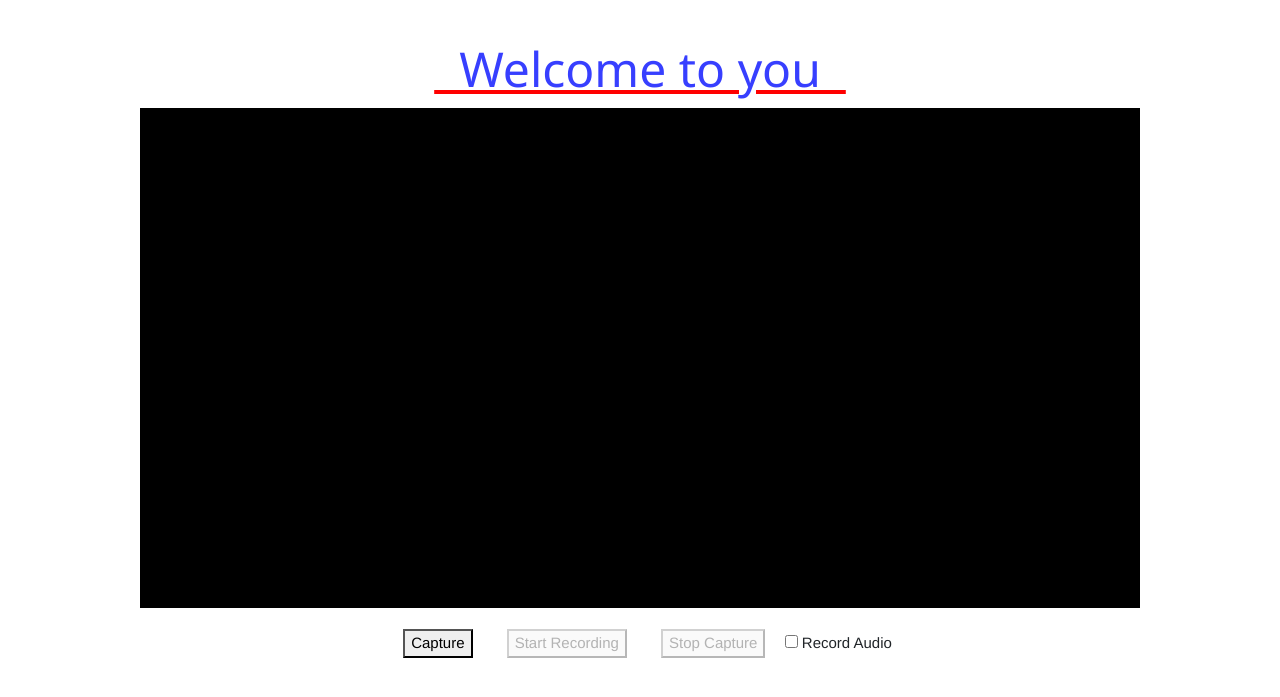
Repository: santiljanomalaj/recording_youtube
Page: index.html
These files come from the project's save history. The page is drawn as it stood at one moment and after the next save; the edit follows.
The browser window is 1280 px wide. The pictures show the whole page.

Above is the page before, as saved 2020-04-29 18:45:53.

### index.html
<!DOCTYPE html>
<html lang="en">
  <head>
    <title>video/audio capture</title>
    <meta charset="utf-8" />
    <meta http-equiv="X-UA-Compatible" content="IE=edge" />
    <meta name="viewport" content="width=device-width, initial-scale=1" />

    <link rel="stylesheet" href="./css/bootstrap.min.css" />
    <link rel="stylesheet" href="./css/w3.css" />
    <link
      rel="stylesheet"
      href="https://fonts.googleapis.com/css?family=Tangerine"
    />
    <link rel="stylesheet" href="./css/style.css" />

    <!-- <script>
      if (location.protocol !== "https:") location.protocol = "https:";
    </script> -->
    <!-- import the webpage's stylesheet -->
  </head>
  <body>
    <center>
      <div class="w3-container w3-tangerine">
        <u style="color: red;"
          ><h1 class="w3-xxxlarge">&nbsp Welcome to you &nbsp</h1></u
        >
      </div>
      <p id="warning">
        Enable chrome://flags/#enable-experimental-web-platform-features
      </p>
      <video
        style="background-color: black; width: 1000px; height: 500px;"
        id="videoElement"
        autoplay
      ></video>
      <br />
      <button id="captureBtn">Capture</button>
      <button id="startBtn" disabled>Start Recording</button>
      <button id="stopBtn" disabled>Stop Capture</button>
      <input type="checkbox" id="audioToggle" />
      <label for="audioToggle">Record Audio</label>
      <a class="btn btn-primary" id="download" href="#" style="display: none;"
        >Download</a
      >
      <a
        type="button"
        class="btn btn-primary"
        id="trim"
        href="https://video-cut.glitch.me/"
        style="display: none;"
        target="trim"
        >Trim Video</a
      >
      <a
        type="button"
        class="btn btn-primary"
        id="convert"
        href="https://convert-to-mp4.glitch.me/"
        style="display: none;"
        target="convert"
        >Convert to MP4</a
      >
    </center>

    <script src="./js/comlink.js"></script>
    <script src="./js/jquery.min.js"></script>
    <script src="./js/popper.min.js"></script>
    <script src="https://maxcdn.bootstrapcdn.com/bootstrap/4.4.1/js/bootstrap.min.js"></script>

    <script>
      if ("getDisplayMedia" in navigator.mediaDevices)
        warning.style.display = "none";

      let blobs;
      let blob;
      let rec;
      let stream;

      captureBtn.onclick = async () => {
        trim.style.display = "none";
        convert.style.display = "none";
        download.style.display = "none";
        let audio = audioToggle.checked || false;

        stream = await navigator.mediaDevices.getDisplayMedia({
          video: true,
          audio: audio,
        });
        stream
          .getVideoTracks()
          .forEach((track) => (track.contentHint = "text"));
        videoElement.srcObject = stream;
        let opts = { mimeType: "video/webm; codecs=h264" };
        blobs = [];
        rec = new MediaRecorder(stream, opts);
        rec.ondataavailable = (e) => blobs.push(e.data);
        rec.onstop = () => {
          blob = new Blob(blobs, { type: "video/mp4" });
          let url = window.URL.createObjectURL(blob);
          download.href = url;
          download.download = "test.mp4";
          download.style.display = "block";
          trim.style.display = "block";
          convert.style.display = "block";
        };
        startBtn.disabled = false;
        captureBtn.disabled = true;
        audioToggle.disabled = true;
      };

      startBtn.onclick = () => {
        startBtn.disabled = true;
        stopBtn.disabled = false;
        rec.start();
      };

      stopBtn.onclick = () => {
        captureBtn.disabled = false;
        startBtn.disabled = true;
        stopBtn.disabled = true;
        audioToggle.disabled = false;
        rec.stop();
        stream.getTracks().forEach((s) => s.stop());
        videoElement.srcObject = null;
        stream = null;
      };

      trim.onclick = async (event) => {
        event.preventDefault();
        let cutWindow = window.open(event.target.href);
        let start = Comlink.proxy(cutWindow);
        setTimeout(async () => {
          let result = await start(
            new File([blob], "test.webm", { type: "video/webm" }),
            "00:00:00"
          );
        }, 1000);
      };

      convert.onclick = async (event) => {
        event.preventDefault();
        let convertWindow = window.open(event.target.href);
        let start = Comlink.proxy(convertWindow);
        setTimeout(async () => {
          let result = await start(
            new File([blob], "test.webm", { type: "video/webm" })
          );
        }, 1000);
      };
    </script>
  </body>
</html>

### css/style.css
/* CSS files add styling rules to your content */

body {
  font-family: "Benton Sans", "Helvetica Neue", helvetica, arial, sans-serif;
  margin: 2em;
}

h1 {
  /* font-style: italic; */
  color: #373fff;
}

video {
  width: 1000px;
  height: 1000px;
}

button {
  margin: 1em;
  padding: 1;
}

.w3-tangerine {
  font-family: "Tangerine", serif;
}

### js/comlink.js
/**
 * Copyright 2017 Google Inc. All Rights Reserved.
 * Licensed under the Apache License, Version 2.0 (the "License");
 * you may not use this file except in compliance with the License.
 * You may obtain a copy of the License at
 *     http://www.apache.org/licenses/LICENSE-2.0
 * Unless required by applicable law or agreed to in writing, software
 * distributed under the License is distributed on an "AS IS" BASIS,
 * WITHOUT WARRANTIES OR CONDITIONS OF ANY KIND, either express or implied.
 * See the License for the specific language governing permissions and
 * limitations under the License.
 */
(function (factory) {
  if (typeof module === "object" && typeof module.exports === "object") {
    var v = factory(require, exports);
    if (v !== undefined) module.exports = v;
  } else if (typeof define === "function" && define.amd) {
    define(["require", "exports"], factory);
  } else {
    factory([], (self.Comlink = {}));
  }
})(function (require, exports) {
  "use strict";
  Object.defineProperty(exports, "__esModule", { value: true });
  const TRANSFERABLE_TYPES = [ArrayBuffer, MessagePort];
  const uid = Math.floor(Math.random() * Number.MAX_SAFE_INTEGER);
  const proxyValueSymbol = Symbol("proxyValue");
  const throwSymbol = Symbol("throw");
  const proxyTransferHandler = {
    canHandle: (obj) => obj && obj[proxyValueSymbol],
    serialize: (obj) => {
      const { port1, port2 } = new MessageChannel();
      expose(obj, port1);
      return port2;
    },
    deserialize: (obj) => {
      return proxy(obj);
    },
  };
  const throwTransferHandler = {
    canHandle: (obj) => obj && obj[throwSymbol],
    serialize: (obj) => obj.toString() + "\n" + obj.stack,
    deserialize: (obj) => {
      throw Error(obj);
    },
  };
  exports.transferHandlers = new Map([
    ["PROXY", proxyTransferHandler],
    ["THROW", throwTransferHandler],
  ]);
  let pingPongMessageCounter = 0;
  function proxy(endpoint, target) {
    if (isWindow(endpoint)) endpoint = windowEndpoint(endpoint);
    if (!isEndpoint(endpoint))
      throw Error(
        "endpoint does not have all of addEventListener, removeEventListener and postMessage defined"
      );
    activateEndpoint(endpoint);
    return cbProxy(
      async (irequest) => {
        let args = [];
        if (irequest.type === "APPLY" || irequest.type === "CONSTRUCT")
          args = irequest.argumentsList.map(wrapValue);
        const response = await pingPongMessage(
          endpoint,
          Object.assign({}, irequest, { argumentsList: args }),
          transferableProperties(args)
        );
        const result = response.data;
        return unwrapValue(result.value);
      },
      [],
      target
    );
  }
  exports.proxy = proxy;
  function proxyValue(obj) {
    obj[proxyValueSymbol] = true;
    return obj;
  }
  exports.proxyValue = proxyValue;
  function expose(rootObj, endpoint) {
    if (isWindow(endpoint)) endpoint = windowEndpoint(endpoint);
    if (!isEndpoint(endpoint))
      throw Error(
        "endpoint does not have all of addEventListener, removeEventListener and postMessage defined"
      );
    activateEndpoint(endpoint);
    attachMessageHandler(endpoint, async function (event) {
      if (!event.data.id || !event.data.callPath) return;
      const irequest = event.data;
      let that = await irequest.callPath
        .slice(0, -1)
        .reduce((obj, propName) => obj[propName], rootObj);
      let obj = await irequest.callPath.reduce(
        (obj, propName) => obj[propName],
        rootObj
      );
      let iresult = obj;
      let args = [];
      if (irequest.type === "APPLY" || irequest.type === "CONSTRUCT")
        args = irequest.argumentsList.map(unwrapValue);
      if (irequest.type === "APPLY") {
        try {
          iresult = await obj.apply(that, args);
        } catch (e) {
          iresult = e;
          iresult[throwSymbol] = true;
        }
      }
      if (irequest.type === "CONSTRUCT") {
        try {
          iresult = new obj(...args); // eslint-disable-line new-cap
          iresult = proxyValue(iresult);
        } catch (e) {
          iresult = e;
          iresult[throwSymbol] = true;
        }
      }
      if (irequest.type === "SET") {
        obj[irequest.property] = irequest.value;
        // FIXME: ES6 Proxy Handler `set` methods are supposed to return a
        // boolean. To show good will, we return true asynchronously ¯\_(ツ)_/¯
        iresult = true;
      }
      iresult = makeInvocationResult(iresult);
      iresult.id = irequest.id;
      return endpoint.postMessage(iresult, transferableProperties([iresult]));
    });
  }
  exports.expose = expose;
  function wrapValue(arg) {
    // Is arg itself handled by a TransferHandler?
    for (const [key, transferHandler] of exports.transferHandlers) {
      if (transferHandler.canHandle(arg)) {
        return {
          type: key,
          value: transferHandler.serialize(arg),
        };
      }
    }
    // If not, traverse the entire object and find handled values.
    let wrappedChildren = [];
    for (const item of iterateAllProperties(arg)) {
      for (const [key, transferHandler] of exports.transferHandlers) {
        if (transferHandler.canHandle(item.value)) {
          wrappedChildren.push({
            path: item.path,
            wrappedValue: {
              type: key,
              value: transferHandler.serialize(item.value),
            },
          });
        }
      }
    }
    for (const wrappedChild of wrappedChildren) {
      const container = wrappedChild.path
        .slice(0, -1)
        .reduce((obj, key) => obj[key], arg);
      container[wrappedChild.path[wrappedChild.path.length - 1]] = null;
    }
    return {
      type: "RAW",
      value: arg,
      wrappedChildren,
    };
  }
  function unwrapValue(arg) {
    if (exports.transferHandlers.has(arg.type)) {
      const transferHandler = exports.transferHandlers.get(arg.type);
      return transferHandler.deserialize(arg.value);
    } else if (isRawWrappedValue(arg)) {
      for (const wrappedChildValue of arg.wrappedChildren || []) {
        if (!exports.transferHandlers.has(wrappedChildValue.wrappedValue.type))
          throw Error(
            `Unknown value type "${arg.type}" at ${wrappedChildValue.path.join(
              "."
            )}`
          );
        const transferHandler = exports.transferHandlers.get(
          wrappedChildValue.wrappedValue.type
        );
        const newValue = transferHandler.deserialize(
          wrappedChildValue.wrappedValue.value
        );
        replaceValueInObjectAtPath(arg.value, wrappedChildValue.path, newValue);
      }
      return arg.value;
    } else {
      throw Error(`Unknown value type "${arg.type}"`);
    }
  }
  function replaceValueInObjectAtPath(obj, path, newVal) {
    const lastKey = path.slice(-1)[0];
    const lastObj = path.slice(0, -1).reduce((obj, key) => obj[key], obj);
    lastObj[lastKey] = newVal;
  }
  function isRawWrappedValue(arg) {
    return arg.type === "RAW";
  }
  function windowEndpoint(w) {
    if (self.constructor.name !== "Window") throw Error("self is not a window");
    return {
      addEventListener: self.addEventListener.bind(self),
      removeEventListener: self.removeEventListener.bind(self),
      postMessage: (msg, transfer) => w.postMessage(msg, "*", transfer),
    };
  }
  function isEndpoint(endpoint) {
    return (
      "addEventListener" in endpoint &&
      "removeEventListener" in endpoint &&
      "postMessage" in endpoint
    );
  }
  function activateEndpoint(endpoint) {
    if (isMessagePort(endpoint)) endpoint.start();
  }
  function attachMessageHandler(endpoint, f) {
    // Checking all possible types of `endpoint` manually satisfies TypeScript’s
    // type checker. Not sure why the inference is failing here. Since it’s
    // unnecessary code I’m going to resort to `any` for now.
    // if(isWorker(endpoint))
    //   endpoint.addEventListener('message', f);
    // if(isMessagePort(endpoint))
    //   endpoint.addEventListener('message', f);
    // if(isOtherWindow(endpoint))
    //   endpoint.addEventListener('message', f);
    endpoint.addEventListener("message", f);
  }
  function detachMessageHandler(endpoint, f) {
    // Same as above.
    endpoint.removeEventListener("message", f);
  }
  function isMessagePort(endpoint) {
    return endpoint.constructor.name === "MessagePort";
  }
  function isWindow(endpoint) {
    // TODO: This doesn’t work on cross-origin iframes.
    // return endpoint.constructor.name === 'Window';
    return ["window", "length", "location", "parent", "opener"].every(
      (prop) => prop in endpoint
    );
  }
  /**
   * `pingPongMessage` sends a `postMessage` and waits for a reply. Replies are
   * identified by a unique id that is attached to the payload.
   */
  function pingPongMessage(endpoint, msg, transferables) {
    const id = `${uid}-${pingPongMessageCounter++}`;
    return new Promise((resolve) => {
      attachMessageHandler(endpoint, function handler(event) {
        if (event.data.id !== id) return;
        detachMessageHandler(endpoint, handler);
        resolve(event);
      });
      // Copy msg and add `id` property
      msg = Object.assign({}, msg, { id });
      endpoint.postMessage(msg, transferables);
    });
  }
  function cbProxy(cb, callPath = [], target = function () {}) {
    return new Proxy(target, {
      construct(_target, argumentsList, proxy) {
        return cb({
          type: "CONSTRUCT",
          callPath,
          argumentsList,
        });
      },
      apply(_target, _thisArg, argumentsList) {
        // We use `bind` as an indicator to have a remote function bound locally.
        // The actual target for `bind()` is currently ignored.
        if (callPath[callPath.length - 1] === "bind")
          return cbProxy(cb, callPath.slice(0, -1));
        return cb({
          type: "APPLY",
          callPath,
          argumentsList,
        });
      },
      get(_target, property, proxy) {
        if (property === "then" && callPath.length === 0) {
          return { then: () => proxy };
        } else if (property === "then") {
          const r = cb({
            type: "GET",
            callPath,
          });
          return Promise.resolve(r).then.bind(r);
        } else {
          return cbProxy(cb, callPath.concat(property), _target[property]);
        }
      },
      set(_target, property, value, _proxy) {
        return cb({
          type: "SET",
          callPath,
          property,
          value,
        });
      },
    });
  }
  function isTransferable(thing) {
    return TRANSFERABLE_TYPES.some((type) => thing instanceof type);
  }
  function* iterateAllProperties(value, path = [], visited = null) {
    if (!value) return;
    if (!visited) visited = new WeakSet();
    if (visited.has(value)) return;
    if (typeof value === "string") return;
    if (typeof value === "object") visited.add(value);
    if (ArrayBuffer.isView(value)) return;
    yield { value, path };
    const keys = Object.keys(value);
    for (const key of keys)
      yield* iterateAllProperties(value[key], [...path, key], visited);
  }
  function transferableProperties(obj) {
    const r = [];
    for (const prop of iterateAllProperties(obj)) {
      if (isTransferable(prop.value)) r.push(prop.value);
    }
    return r;
  }
  function makeInvocationResult(obj) {
    for (const [type, transferHandler] of exports.transferHandlers) {
      if (transferHandler.canHandle(obj)) {
        const value = transferHandler.serialize(obj);
        return {
          value: { type, value },
        };
      }
    }
    return {
      value: {
        type: "RAW",
        value: obj,
      },
    };
  }
});

Loaded but not shown: css/bootstrap.min.css (library); css/w3.css (library); js/jquery.min.js (library); js/popper.min.js (library)

After the next save:
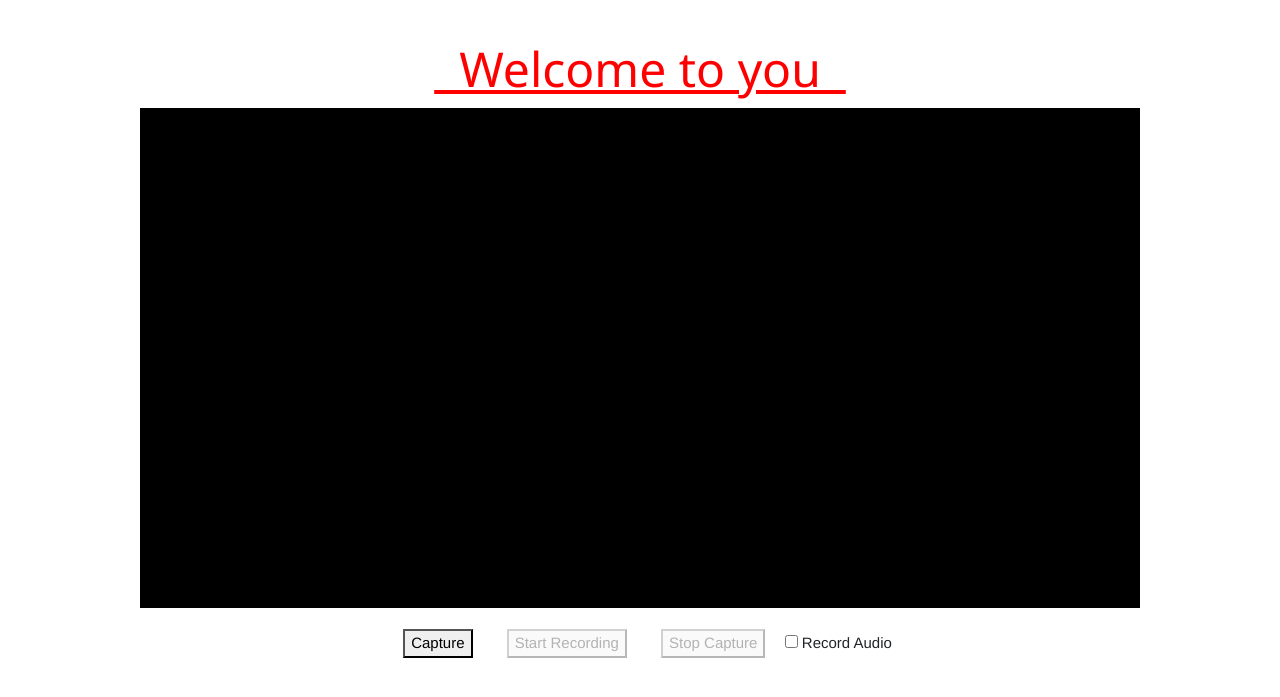
Saved 19 s later.
--- a/css/style.css
+++ b/css/style.css
@@ -3,11 +3,6 @@
 body {
   font-family: "Benton Sans", "Helvetica Neue", helvetica, arial, sans-serif;
   margin: 2em;
-}
-
-h1 {
-  /* font-style: italic; */
-  color: #373fff;
 }
 
 video {

After the save that followed:
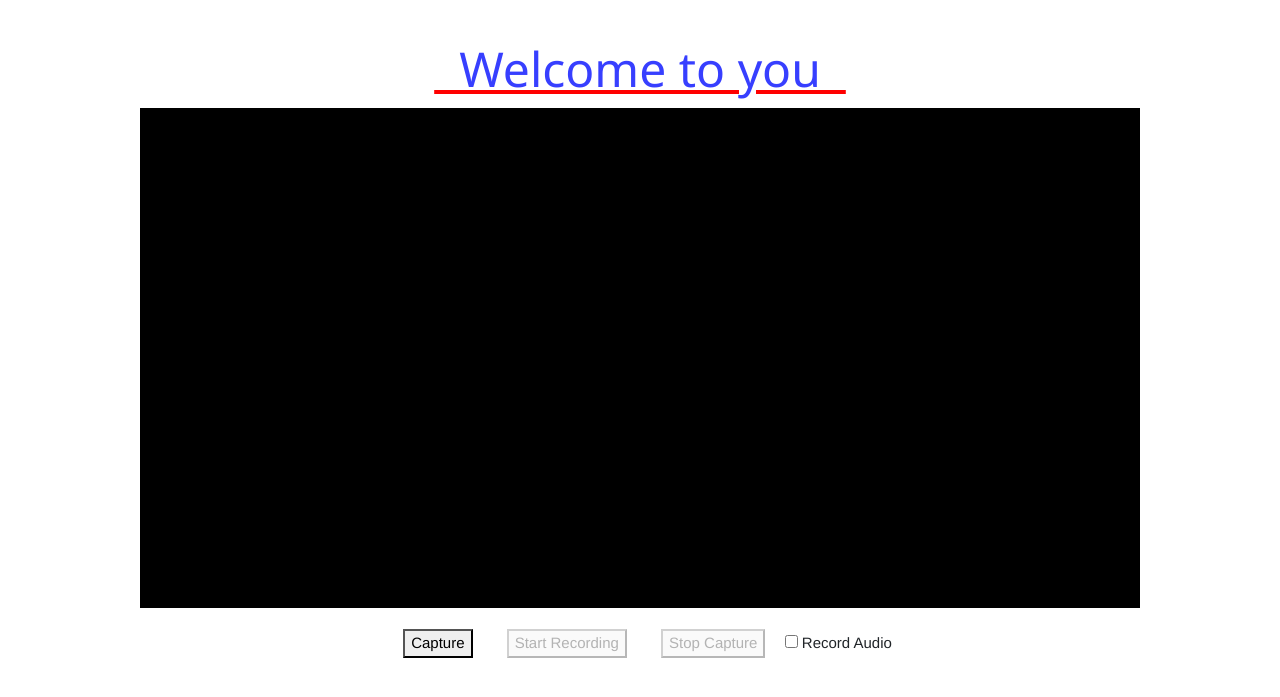
Saved 10 s later.
--- a/css/style.css
+++ b/css/style.css
@@ -3,6 +3,11 @@
 body {
   font-family: "Benton Sans", "Helvetica Neue", helvetica, arial, sans-serif;
   margin: 2em;
+}
+
+h1 {
+  /* font-style: italic; */
+  color: #373fff;
 }
 
 video {
